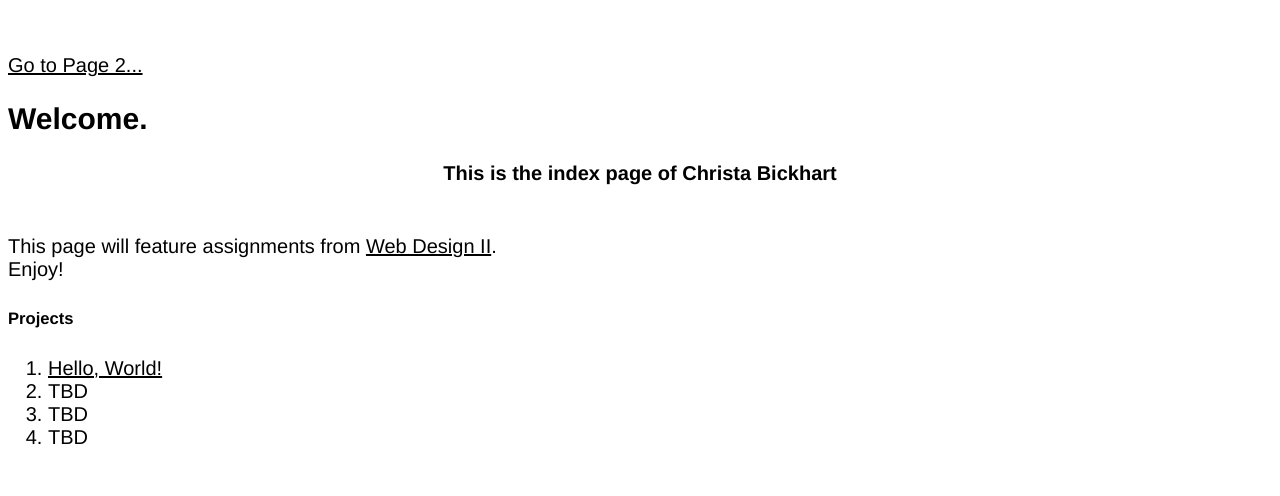
Repository: cbickhar/cbickhar.github.io
Page: index.html
The author's editor kept a record of every edit. The page is drawn from the files as they stood at one moment, then again after the next edit.
The browser window is 1280 px wide. The pictures show the whole page.

Above is the page before.

After the next edit:
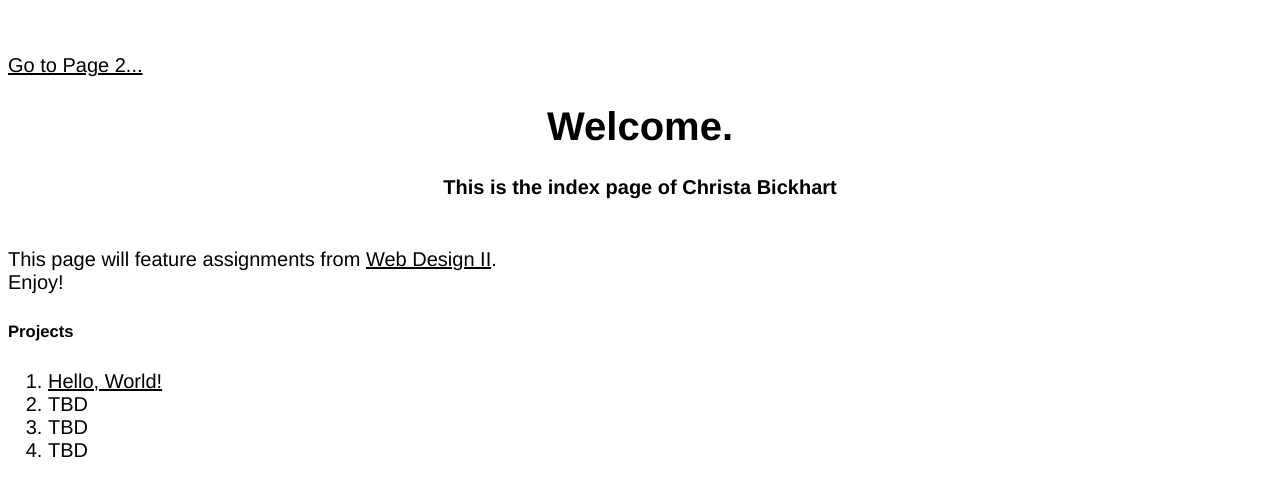
The edit:
--- a/index.html
+++ b/index.html
@@ -11,7 +11,7 @@
         <a href="page2.html">Go to Page 2...</a>
 
 
-        <h2>Welcome.</h2>
+        <h1>Welcome.</h1>
             <h4>This is the index page of Christa Bickhart</h4>
         <br>
             This page will feature assignments from <a href="http://www.web2.ga">Web Design II</a>.
